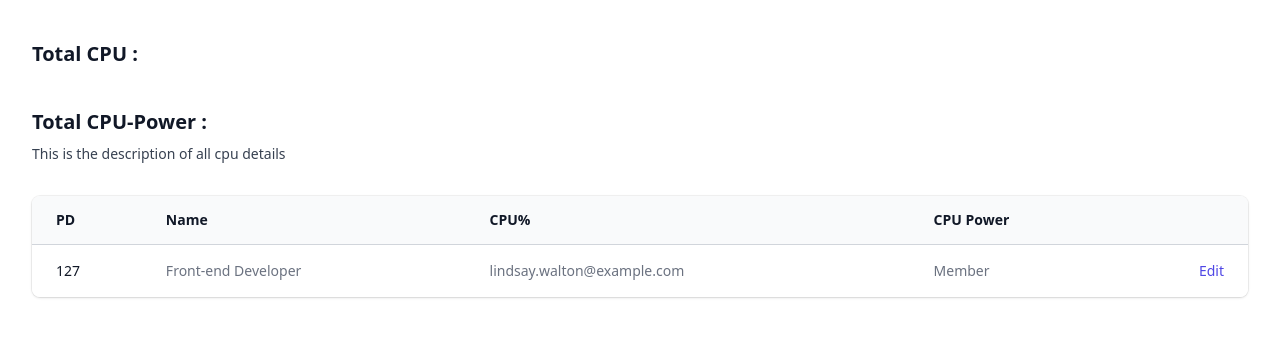
Repository: emorilebo/cpu-reader
Page: /
An editor plug-in stored every save of this project. The page is shown before and after the next save, followed by the edit.
The browser window is 1280 px wide. The pictures show the whole page.
The project was rebuilt for these pictures with package versions that can differ from the ones it lists, and the page was loaded fresh each time. The framework's server and built-in components were replaced by stand-ins that run in the browser. Also part of the build but not shown: next.config.js, styles/Home.module.css.

Above is the page before, as saved 2023-01-13 12:31:24.

After the next save:
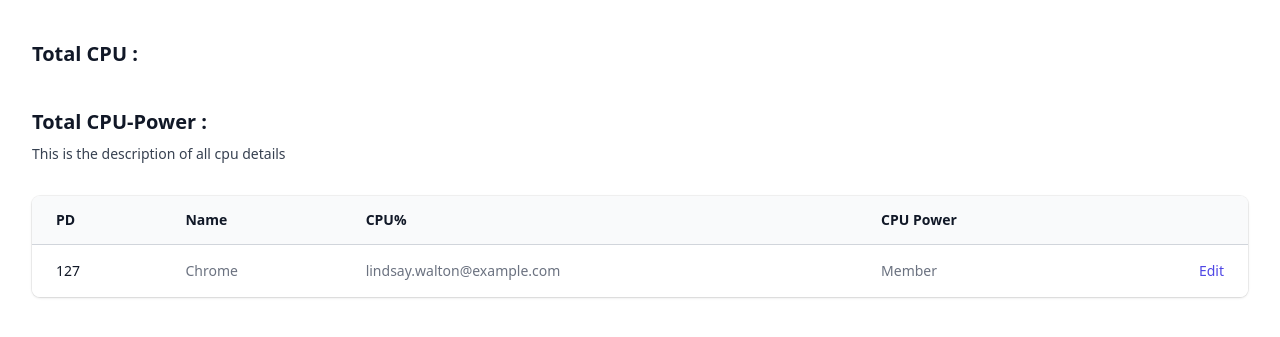
Saved 10 s later.
--- a/components/Tables.jsx
+++ b/components/Tables.jsx
@@ -3,7 +3,7 @@ import React from "react";
 const cpus = [
   {
     name: "127",
-    title: "Front-end Developer",
+    title: "Chrome",
     email: "lindsay.walton@example.com",
     role: "Member",
   },
